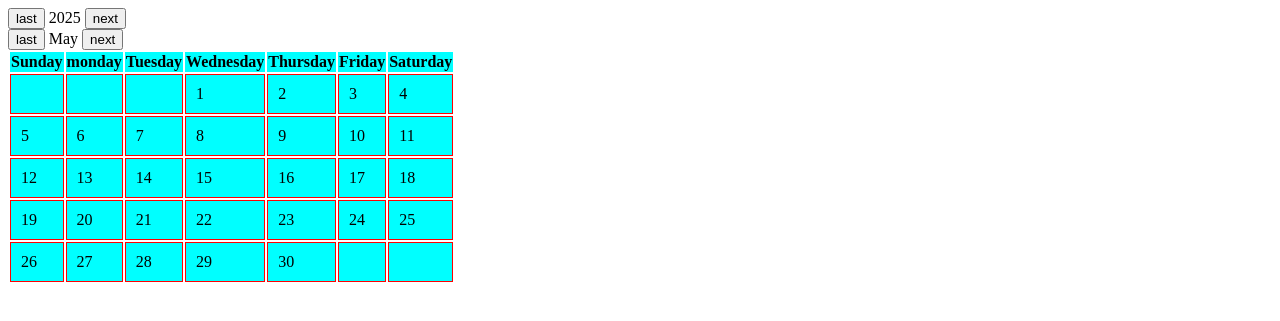
Repository: fateme81yosefi/calendar
Page: index.html
These files come from the project's save history. The page is drawn as it stood at one moment and after a run of saves; the edit follows.
The browser window is 1280 px wide. The pictures show the whole page.
After loading, the first visible `button[onclick="incYear()"]` was clicked once.

Above is the page before, as saved 2024-05-30 22:47:10.

### index.html
<!DOCTYPE html>

<html>

<head>
  <title>calendar</title>
  <link rel="icon" type="image/x-icon" href="/images/fav.png">
  <link rel="stylesheet" href="styles.css">

</head>

<body>

  <div class="container-calendar">
    <div class="contain-year">
      <button onclick="decYear()">
        last </button>
      <span id="year"></span>
      <button onclick="incYear()"> next </button>

    </div>
    <div class="contain-month">
      <button onclick="dec()"> last </button>
      <span id="month"></span>
      <button onclick="increaseMonth()">next </button>
    </div>
    <table>
      <tr>
        <th>Sunday</th>
        <th>monday</th>
        <th>Tuesday</th>
        <th>Wednesday </th>
        <th>Thursday</th>
        <th>Friday</th>
        <th>Saturday</th>
      </tr>

      <tr>
        <td id="1-1"> </td>
        <td id="1-2"> </td>
        <td id="1-3"> </td>
        <td id="1-4"> </td>
        <td id="1-5"> </td>
        <td id="1-6"> </td>
        <td id="1-7"> </td>
      </tr>

      <tr>
        <td id="2-1"> </td>
        <td id="2-2"> </td>
        <td id="2-3"> </td>
        <td id="2-4"> </td>
        <td id="2-5"> </td>
        <td id="2-6"> </td>
        <td id="2-7"> </td>
      </tr>

      <tr>
        <td id="3-1"> </td>
        <td id="3-2"> </td>
        <td id="3-3"> </td>
        <td id="3-4"> </td>
        <td id="3-5"> </td>
        <td id="3-6"> </td>
        <td id="3-7"> </td>
      </tr>

      <tr>
        <td id="4-1"> </td>
        <td id="4-2"> </td>
        <td id="4-3"> </td>
        <td id="4-4"> </td>
        <td id="4-5"> </td>
        <td id="4-6"> </td>
        <td id="4-7"> </td>
      </tr>

      <tr>
        <td id="5-1"> </td>
        <td id="5-2"> </td>
        <td id="5-3"> </td>
        <td id="5-4"> </td>
        <td id="5-5"> </td>
        <td id="5-6"> </td>
        <td id="5-7"> </td>
      </tr>
    </table>
  </div>



  <script src="/scripts.js"></script>

</body>

</html>

### styles.css
tr{
    background-color: aqua;
    border: 1px solid red;
    padding: 10px;
    margin: 2px;
}
td{
    background-color: aqua;
    border: 1px solid red;
    padding: 10px;
    margin: 2px;
}

### scripts.js
const d = new Date();
m = d.getMonth()
y = d.getFullYear()
day = d.getDate()
weekday = d.getDay()
weekday++

function increaseMonth() {
    console.log(increaseMonth)

    m = document.getElementById("month").innerHTML
    month = monthNameToNum(m)
    console.log(month)
    fillAllDay(month++, y, dayCount)
    setMonth(month++)
}

function dec() {
    console.log("decreasMonth")

    m = document.getElementById("month").innerHTML
    month = monthNameToNum(m)
    console.log(month)
    fillAllDay(month--, y, dayCount)
    setMonth(month--)
}

function incYear() {
    let yy = parseInt(document.getElementById("year").innerHTML);
    yy++;
    document.getElementById("year").innerHTML = yy;
    setYear(yy)
    fillAllDay(m,)
}


function decYear() {
    let yy = parseInt(document.getElementById("year").innerHTML);
    yy--;
    document.getElementById("year").innerHTML = yy;
}


function setYear(y) {
    document.getElementById("year").innerHTML = y
}
function monthNameToNum(m) {
    switch (m) {
        case "January": return 1;
        case "February": return 2;
        case "March": return 3;
        case "April": return 4;
        case "May": return 5;
        case "June": return 6;
        case "July": return 7;
        case "August": return 8;
        case "September": return 9;
        case "October": return 10;
        case "November": return 11;
        case "December": return 12;
    }
}
function setMonth(m) {
    switch (m) {
        case 1: month = "January";
            break;
        case 2: month = "February";
            break;
        case 3: month = "March";
            break;
        case 4: month = "April";
            break;
        case 5: month = "May";
            break;
        case 6: month = "June";
            break;
        case 7: month = "July";
            break;
        case 8: month = "August";
            break;
        case 9: month = "September";
            break;
        case 10: month = "October";
            break;
        case 11: month = "November";
            break;
        case 12: month = "December";
            break;
    }
    document.getElementById("month").innerHTML = month

}

function findFirstDayMonth(m, y) {
    const date = new Date(y + "-" + m + "-" + 1)
    return date.getDay()
}

function calcDayCount(m) {
    switch (m + 1) {
        case 1: return 31;
        case 2: return 28;
        case 3: return 31;
        case 4: return 30;
        case 5: return 31;
        case 6: return 30;
        case 7: return 31;
        case 8: return 31;
        case 9: return 30;
        case 10: return 31;
        case 11: return 30;
        case 12: return 31;
    }
}

function fillAllDay(m, y, dayCount) {
    m++;

    var fd = findFirstDayMonth(m, y);
    fd++;

    let row = 1
    let col = fd

    for (let i = 1; i <= dayCount; i++) {
        const x = row + "-" + col;
        document.getElementById(x).innerHTML = i;
        if (col >= 7) {
            col = 1;
            row++;
        } else {
            col++;
        }
        if (row >= 6) {
            row = 1;
        }
    }
}

dayCount = calcDayCount(m + 1)

fillAllDay(m, y, dayCount)
setMonth(m + 1)
setYear(y)

After the next 4 saves:
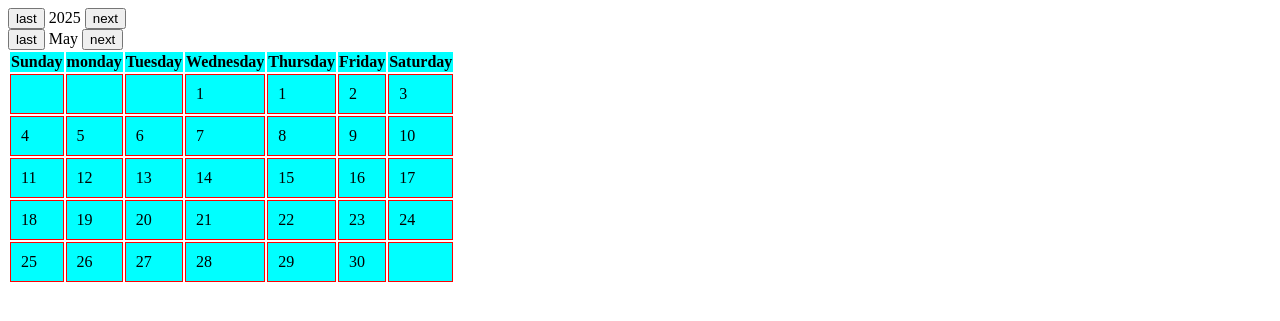
The 4 saves are shown as one change because they came seconds apart.
The last was saved 9 s later.
--- a/scripts.js
+++ b/scripts.js
@@ -30,7 +30,7 @@ function incYear() {
     yy++;
     document.getElementById("year").innerHTML = yy;
     setYear(yy)
-    fillAllDay(m,)
+    fillAllDay(m,yy,dayCount,)
 }
 
 
